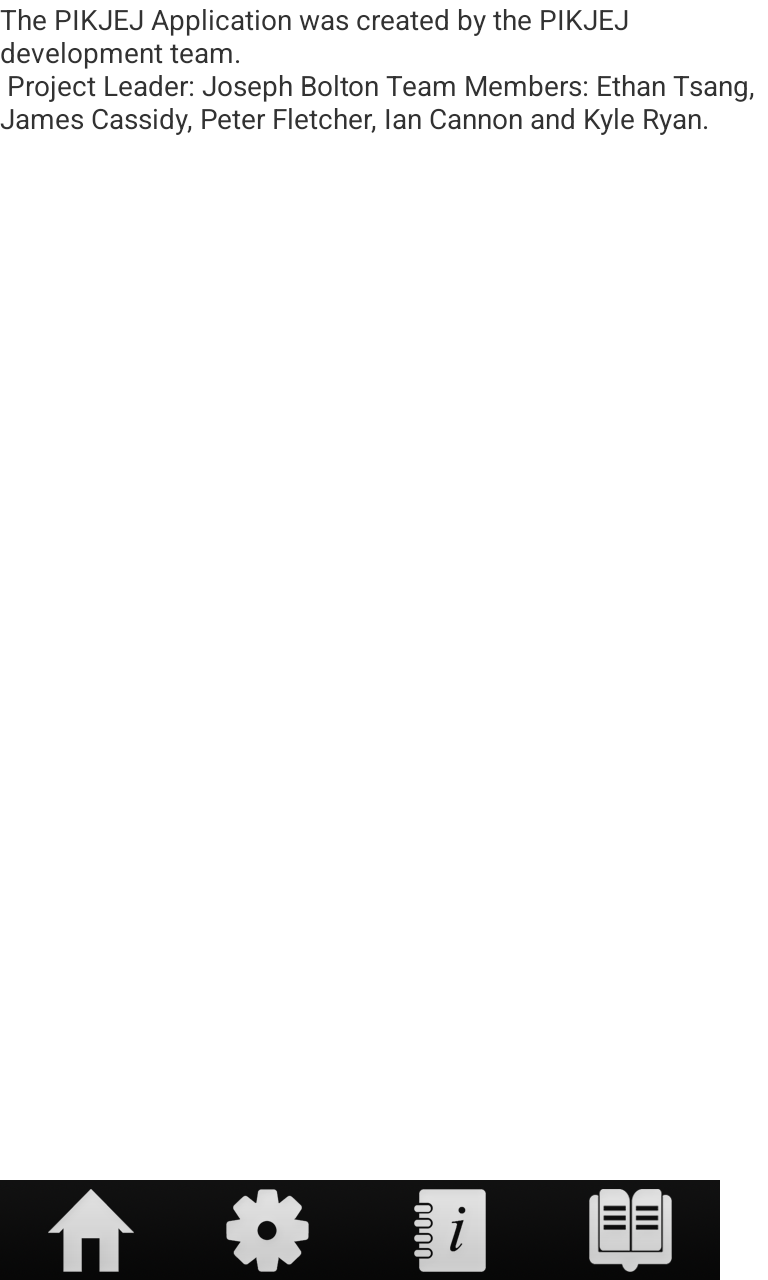
Repository: jo3bolton/PIKJEJ
Layout: PIKJEJ v7/PIKJEJ/res/layout/activity_about.xml
The author's editor kept a copy of each file at every save. The layout is drawn from the files as they stood at one save, then again after the next save.
It is drawn on a 768 x 1280 px phone screen (xhdpi) without system bars, with theme AppTheme; the app's code is not run.

Above is the layout before, as saved 2013-03-23 13:30:08.

After the next save:
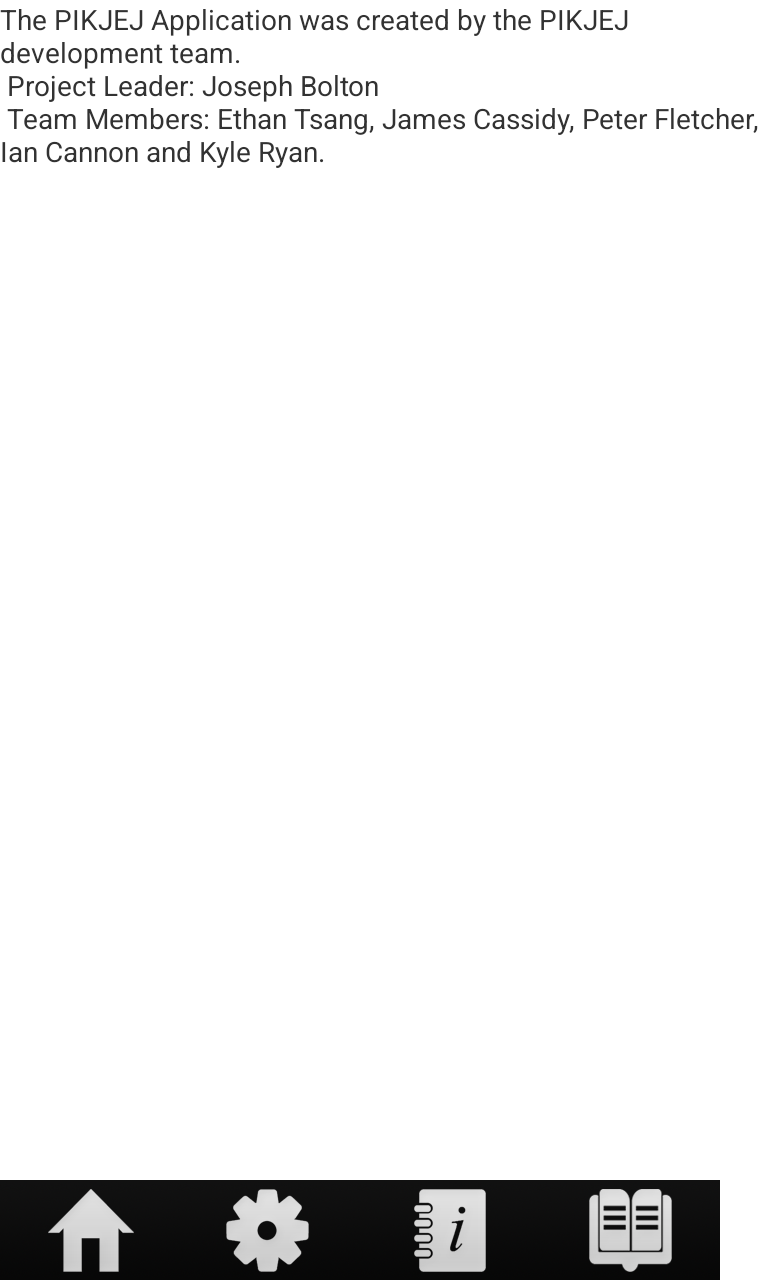
Saved 13 s later.
--- a/PIKJEJ v7/PIKJEJ/res/values/strings.xml
+++ b/PIKJEJ v7/PIKJEJ/res/values/strings.xml
@@ -13,6 +13,6 @@
     <string name="title_activity_terms">Terms</string>
     <string name="title_activity_splash">Splash</string>
     <string name="title_activity_home">Home</string>
-    <string name="page_about">The PIKJEJ Application was created by the PIKJEJ development team. \n Project Leader: Joseph Bolton Team Members: Ethan Tsang, James Cassidy, Peter Fletcher, Ian Cannon and Kyle Ryan.</string>
+    <string name="page_about">The PIKJEJ Application was created by the PIKJEJ development team. \n Project Leader: Joseph Bolton \n Team Members: Ethan Tsang, James Cassidy, Peter Fletcher, Ian Cannon and Kyle Ryan.</string>
 
 </resources>
